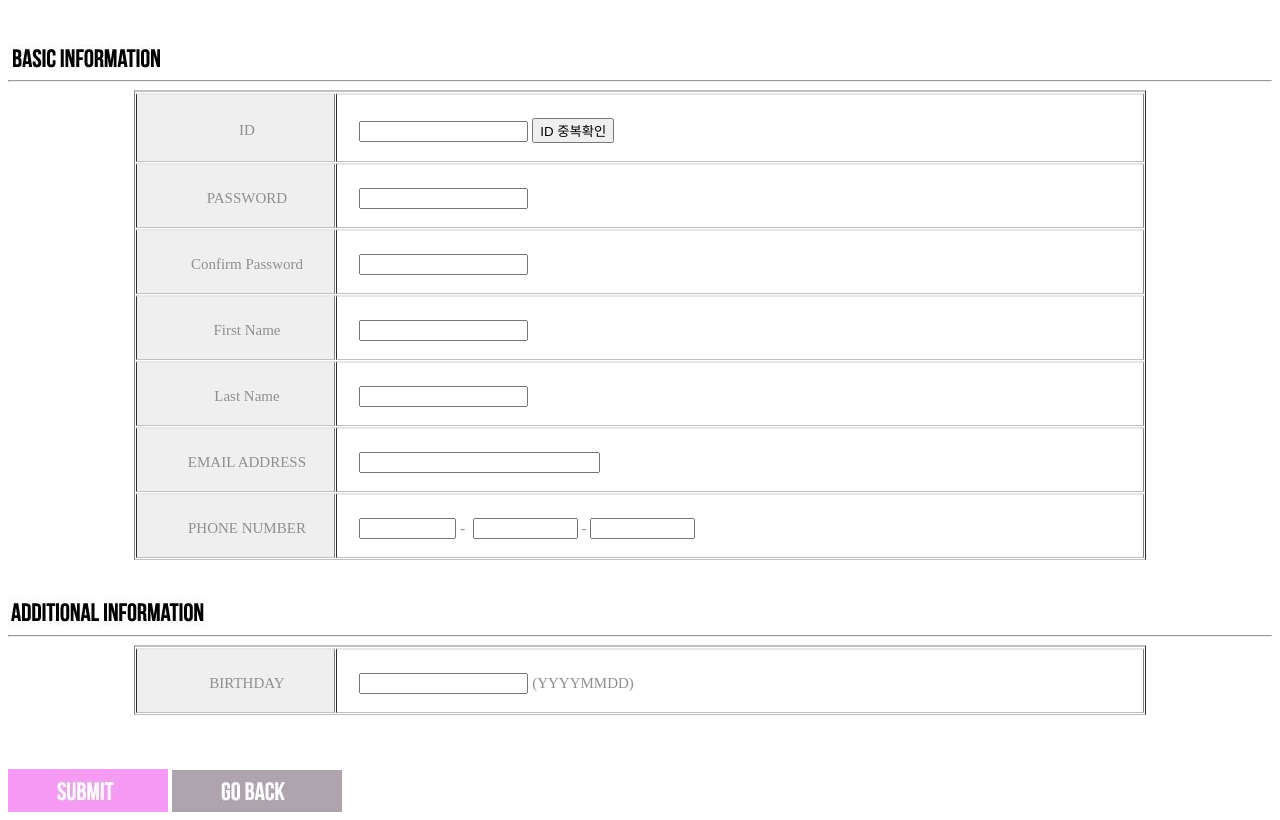
Repository: kminjoo/Making-website-using-JSP
Page: http://localhost/website_project/Register.jsp
An editor plug-in stored every save of this project. The page is shown before and after the next save, followed by the edit.
The browser window is 1280 px wide. The pictures show the whole page.
The page is served by Tomcat 9.

Above is the page before, as saved 2015-07-21 14:31:20.

After the next save:
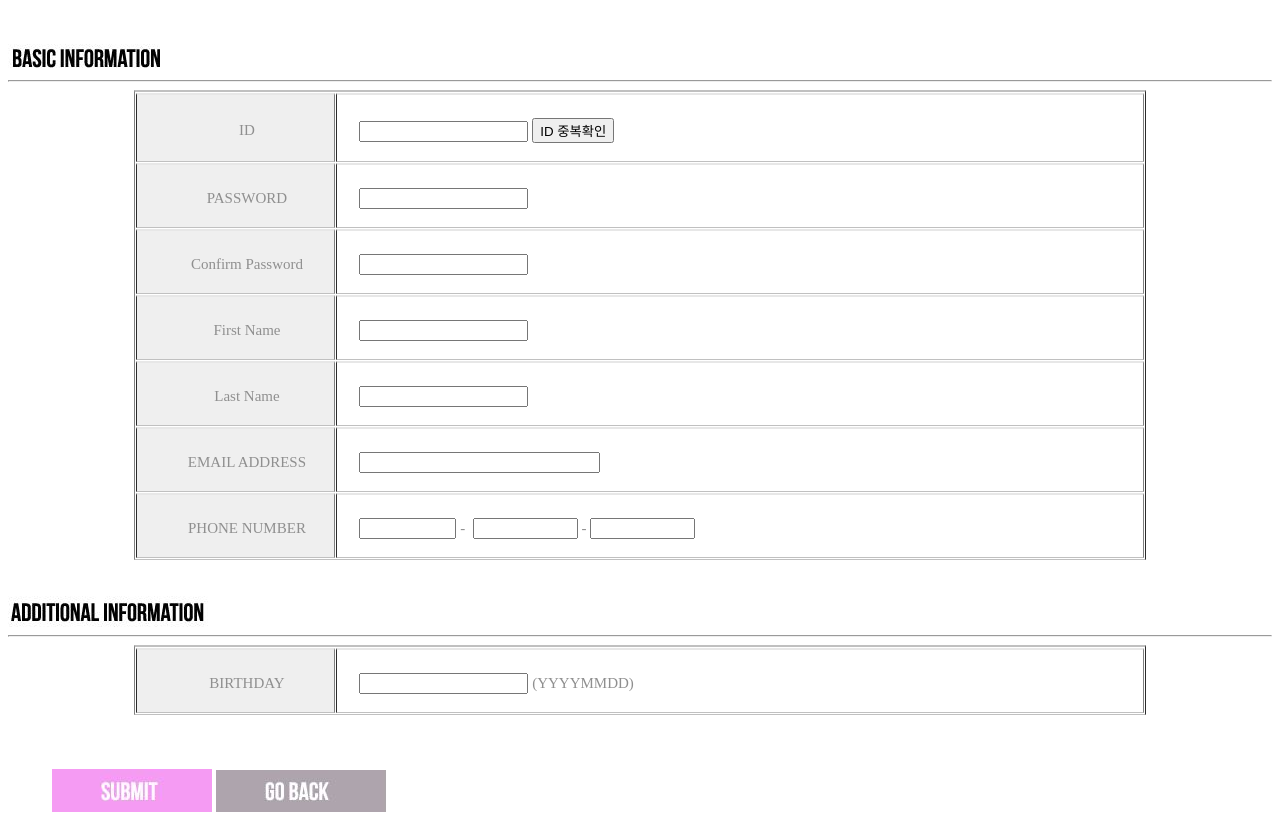
Saved 12 s later.
--- a/website_project/WebContent/Register.jsp
+++ b/website_project/WebContent/Register.jsp
@@ -60,7 +60,7 @@
 <br>
 <br>
 &nbsp;&nbsp;&nbsp;&nbsp;&nbsp;&nbsp;&nbsp;&nbsp;&nbsp;&nbsp;&nbsp;
-<div><img src="<%=request.getContextPath() %>/images/submit.JPG"/>
+<div>&nbsp;&nbsp;&nbsp;&nbsp;&nbsp;&nbsp;&nbsp;&nbsp;&nbsp;&nbsp;&nbsp;<img src="<%=request.getContextPath() %>/images/submit.JPG"/>
 <img src="<%=request.getContextPath() %>/images/goback.JPG"/></div>
 </body>
 </html>
